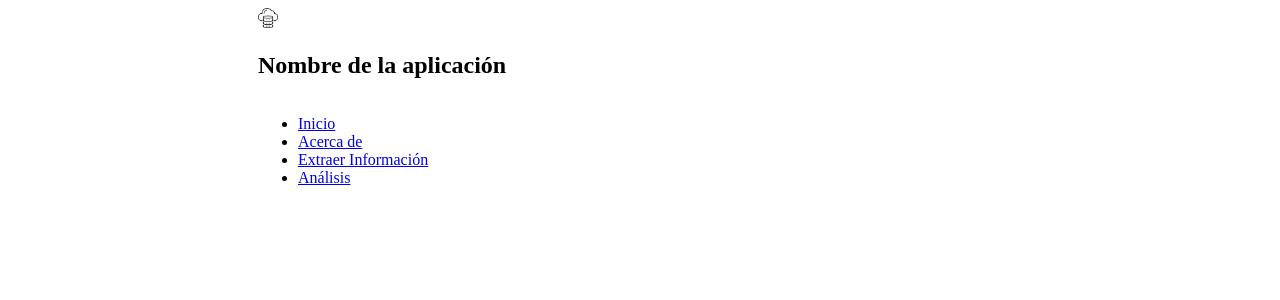
Repository: marcoBartolo55/data_analysis_app_-dev_project
Page: http://localhost/
These files come from the project's save history. The page is drawn as it stood at one moment and after a run of saves; the edit follows.
The browser window is 1280 px wide. The pictures show the whole page.
The page is served by the project's application, run on Flask 3 (app/app.py).

Above is the page before, as saved 2025-10-19 22:26:08.

After the next 2 saves:
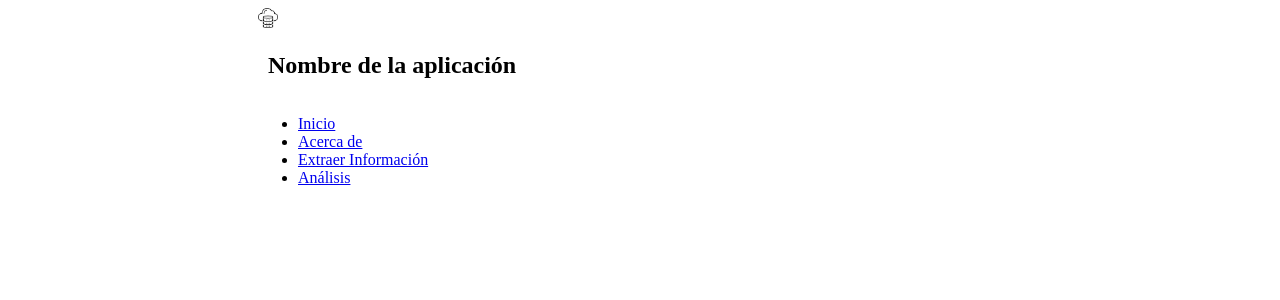
The 2 saves are shown as one change because they came seconds apart.
The last was saved 6 s later.
--- a/static/styles/index.css
+++ b/static/styles/index.css
@@ -16,4 +16,6 @@
     height: auto;
 }
 
-.titl
+.title-div{
+    margin-left: 10px;
+}
